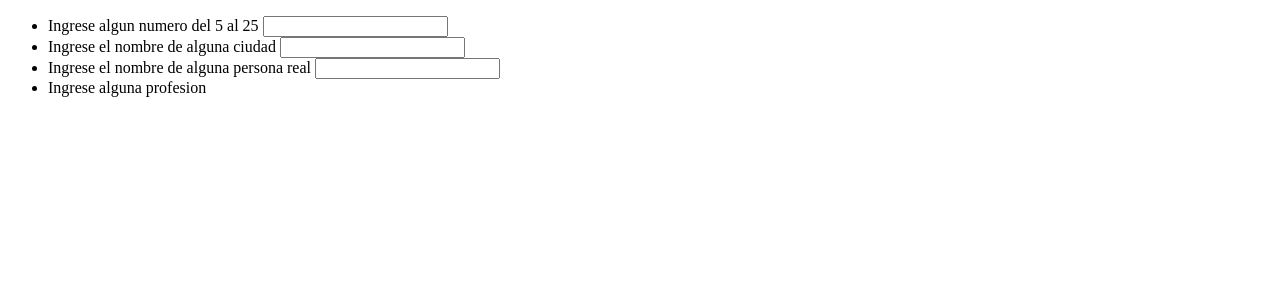
Repository: fanoneytor/condingDojo-JavaSpring
Page: http://localhost/Omikuji/WEB-INF/index.jsp
An editor plug-in stored every save of this project. The page is shown before and after the next save, followed by the edit.
The browser window is 1280 px wide. The pictures show the whole page.
The page is served by Tomcat 9. Nobody is signed in. The template is opened directly, without the code that normally fills it, so the values that code supplies are empty.

Above is the page before, as saved 2023-03-12 17:14:02.

After the next save:
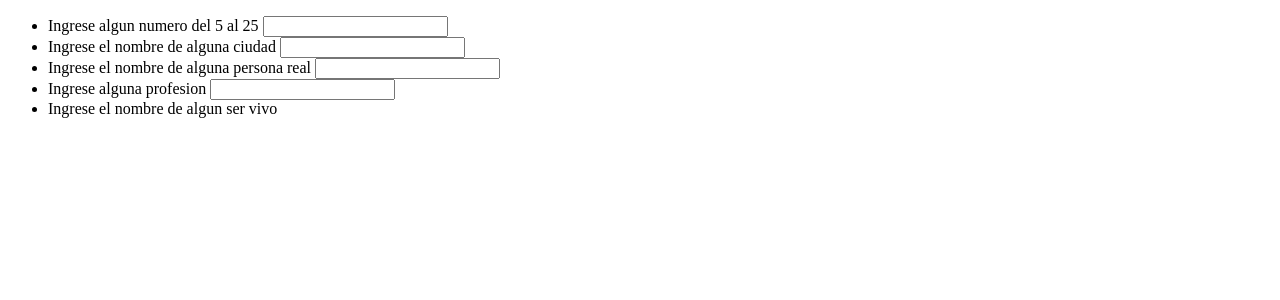
Saved 75 s later.
--- a/workspace/Omikuji/src/main/webapp/WEB-INF/index.jsp
+++ b/workspace/Omikuji/src/main/webapp/WEB-INF/index.jsp
@@ -25,6 +25,10 @@
 				</li>
 				<li>
 					<label for="profesion">Ingrese alguna profesion</label>
+					<input type="text" />
+				</li>
+				<li>
+					<label for="serVivo">Ingrese el nombre de algun ser vivo</label>
 				</li>
 			</ul>
 
